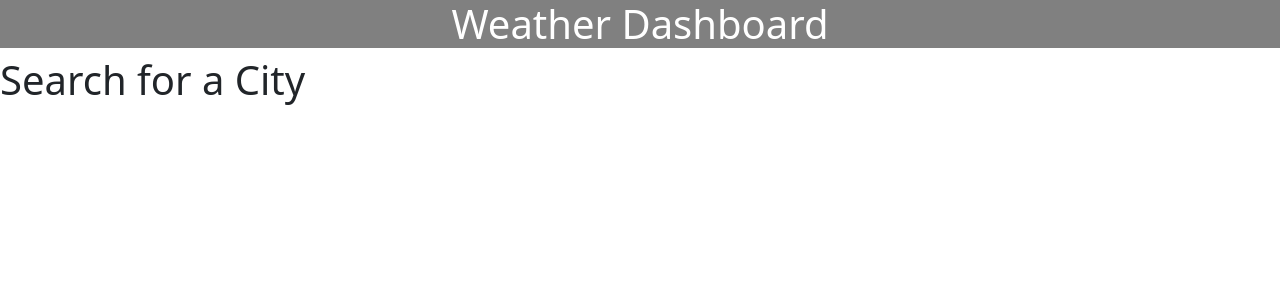
Repository: ziffoit/Weather_Dashboard
Page: index.html
The author's editor kept a copy of each file at every save. The page is drawn from the files as they stood at one save, then again after the next save.
The browser window is 1280 px wide. The pictures show the whole page.

Above is the page before, as saved 2021-03-24 23:00:54.

After the next save:
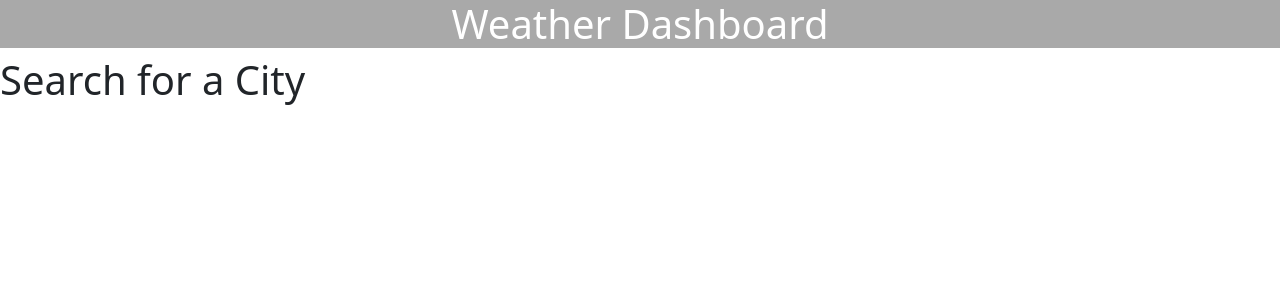
Saved 15 s later.
--- a/index.html
+++ b/index.html
@@ -13,7 +13,7 @@
   </head>
   <body>
     <header>
-      <h1 style="text-align: center; background-color: gray; color: white">
+      <h1 style="text-align: center; background-color: darkgray; color: white">
         Weather Dashboard
       </h1>
     </header>

After the save that followed:
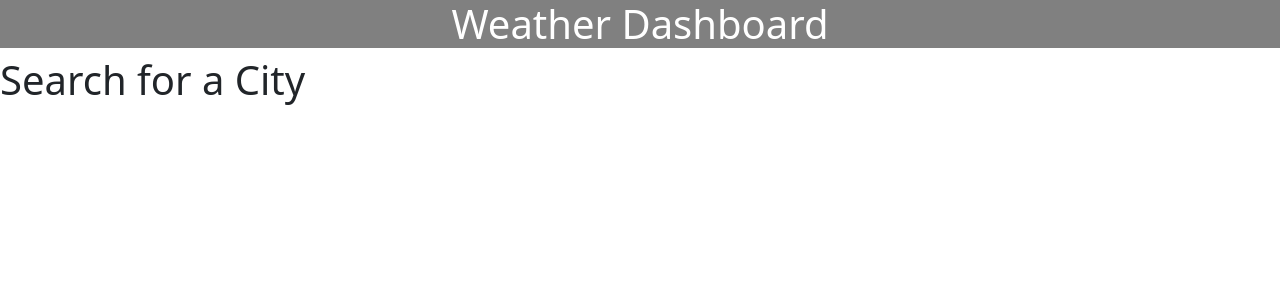
Saved 30 s later.
--- a/index.html
+++ b/index.html
@@ -13,7 +13,7 @@
   </head>
   <body>
     <header>
-      <h1 style="text-align: center; background-color: darkgray; color: white">
+      <h1 style="text-align: center; background-color: gray; color: white">
         Weather Dashboard
       </h1>
     </header>
